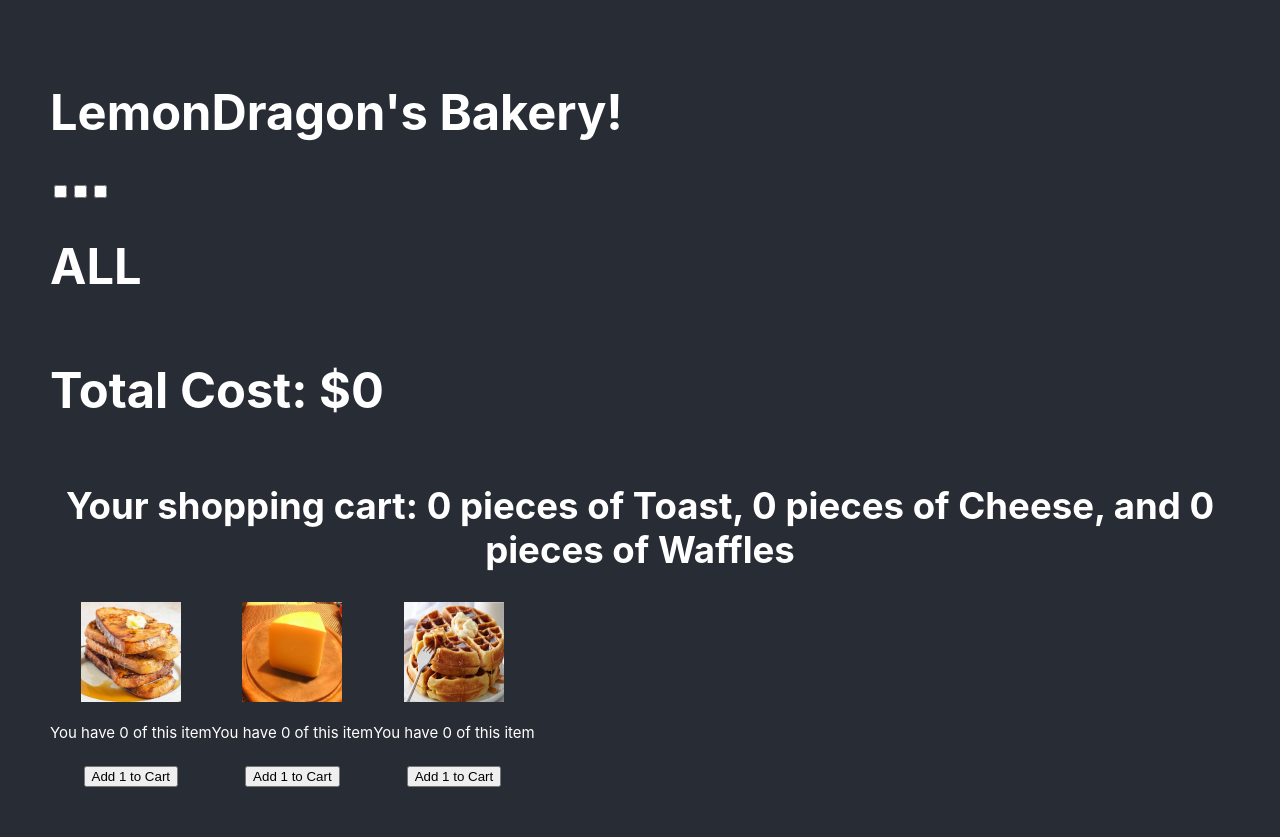
Repository: happydragon200/development
Page: /
The author's editor kept a copy of each file at every save. The page is drawn from the files as they stood at one save, then again after the next save.
The browser window is 1280 px wide. The pictures show the whole page.
The project was rebuilt for these pictures with package versions that can differ from the ones it lists, and the page was loaded fresh each time.

Above is the page before, as saved 2022-12-02 00:42:33.

After the next save:
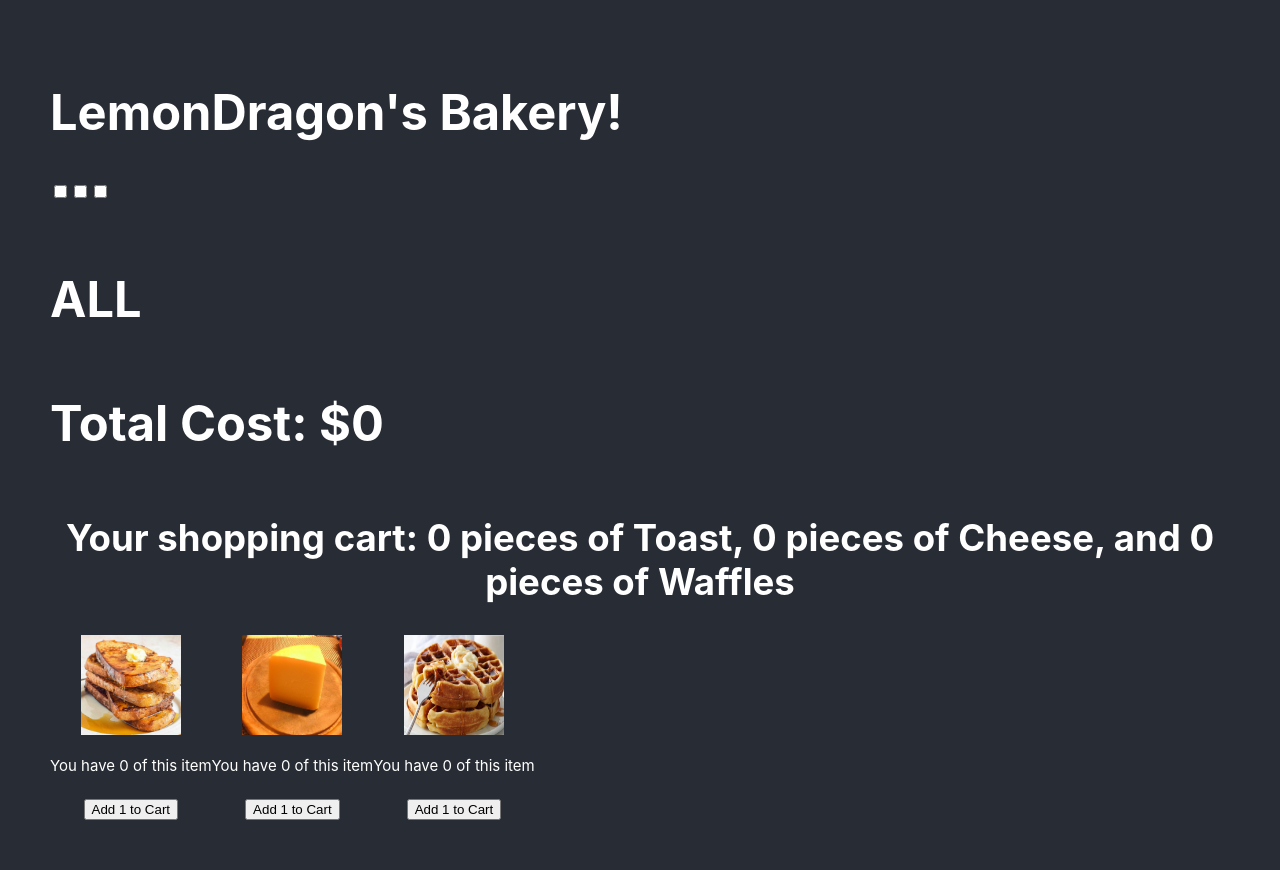
Saved 39 s later.
--- a/src/App.js
+++ b/src/App.js
@@ -38,7 +38,7 @@ function FilterBar() {
   return (
     <div>
       {buttons}
-      {selected}
+      <h1>{selected}</h1>
     </div>
   )
 }
